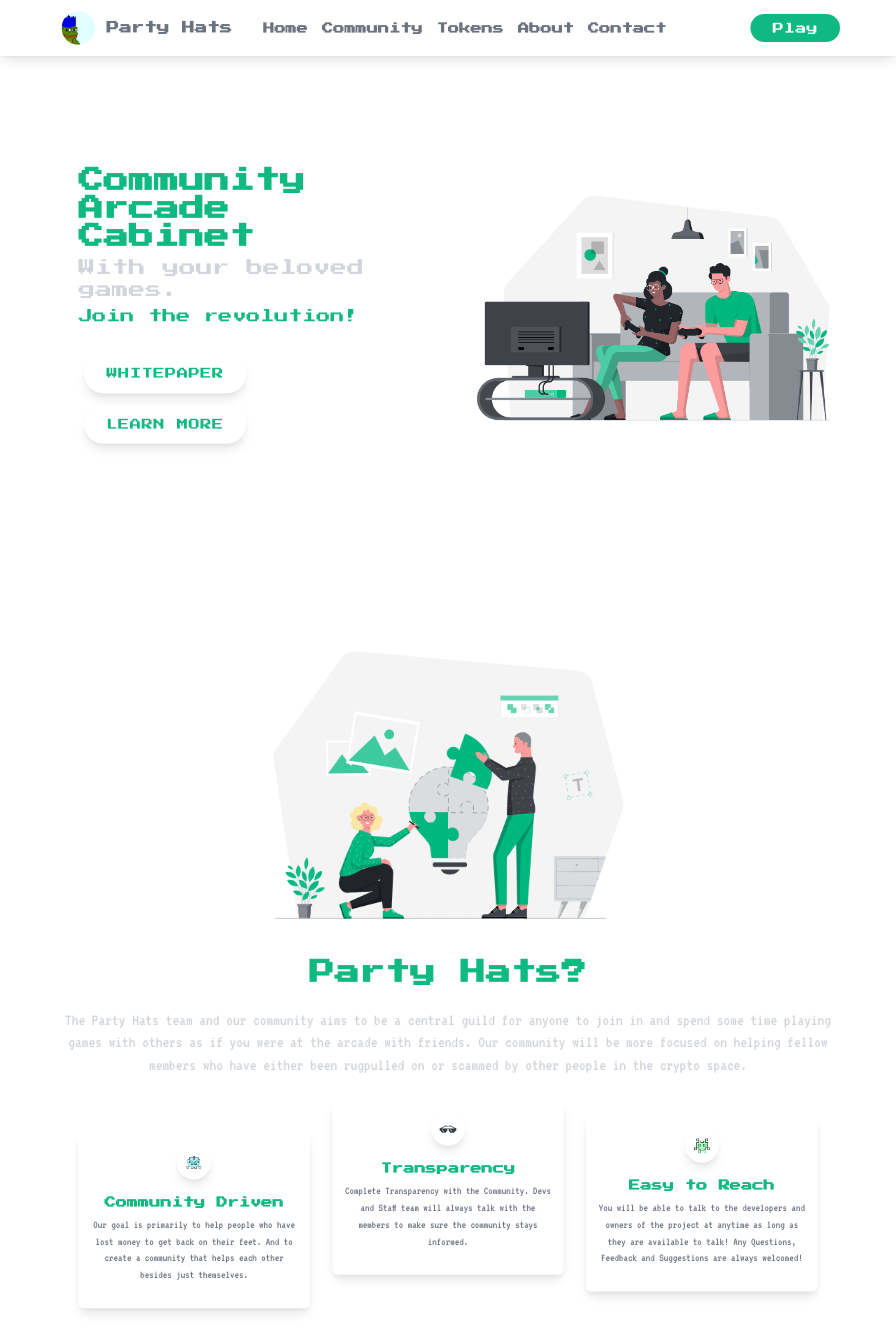
Repository: rhinorphan/phat-landing-page
Page: /
An editor plug-in stored every save of this project. The page is shown before and after the next save, followed by the edit.
The browser window is 1280 px wide. The pictures show the part of the page from y = 0 to 1920 px (the page is 4206 px tall), at 70% of full size.
The project was rebuilt for these pictures with package versions that can differ from the ones it lists, and the page was loaded fresh each time. Also part of the build but not shown: craco.config.js.

Above is the page before, as saved 2021-11-17 23:40:04.

### public/index.html
<!DOCTYPE html>
<html lang="en">
  <head>
    <meta charset="utf-8" />
    <link rel="icon" href="%PUBLIC_URL%/assets/images/server_icon.png" />
    <meta name="PHAT" content="width=device-width, initial-scale=1" />
    <meta name="theme-color" content="#000000" />
    <meta
      name="description"
      content="PHAT Landing Page"
    />
    <link rel="apple-touch-icon" href="%PUBLIC_URL%/assets/images/server_icon.png" />
    <!--
      manifest.json provides metadata used when your web app is installed on a
      user's mobile device or desktop. See https://developers.google.com/web/fundamentals/web-app-manifest/
    -->
    <link rel="manifest" href="%PUBLIC_URL%/manifest.json" />
    <!--
      Notice the use of %PUBLIC_URL% in the tags above.
      It will be replaced with the URL of the `public` folder during the build.
      Only files inside the `public` folder can be referenced from the HTML.

      Unlike "/favicon.ico" or "favicon.ico", "%PUBLIC_URL%/favicon.ico" will
      work correctly both with client-side routing and a non-root public URL.
      Learn how to configure a non-root public URL by running `npm run build`.
    -->
    <title>Party Hats</title>
  </head>
  <body>
    <noscript>You need to enable JavaScript to run this app.</noscript>
    <div id="root"></div>
    <!--
      This HTML file is a template.
      If you open it directly in the browser, you will see an empty page.

      You can add webfonts, meta tags, or analytics to this file.
      The build step will place the bundled scripts into the <body> tag.

      To begin the development, run `npm start` or `yarn start`.
      To create a production bundle, use `npm run build` or `yarn build`.
    -->
  </body>
</html>

### src/App.js
import logo from './logo.svg';
import './App.css';
import Header from './components/Header';
import Contact from './components/Contact';
import Landing from './components/Landing';
import Community from './components/Community';
import Tokens from './components/Tokens';
import About from './components/About';
import Footer from './components/Footer';

function App() {
  return (
    <div className="app">
        <Header />
        <div className="app__body">
          <Landing />
          <Community />
          <Tokens />
          <About />
          <Contact />
        </div>
        <Footer />
    </div>
  );
}

export default App;

### src/App.css
@import url('https://fonts.googleapis.com/css2?family=VT323&display=swap');
@import url('https://fonts.googleapis.com/css2?family=Press+Start+2P&family=VT323&display=swap');

.app {
  font-family: 'Press Start 2P', cursive;
}

.normalText {
  font-family: 'VT323', monospace;
}

.active {
  @apply py-4 px-2 text-green-500 border-b-4 border-green-500 font-semibold
}

.active2 {
  @apply block text-sm px-2 py-4 text-white bg-green-500 font-semibold
}

.nobull {
  list-style-type: none;
}

### src/components/Header.js
import React from 'react';
import { Link, animateScroll as scroll } from "react-scroll";

function Header() {

  const handleSubmit = (e) => {
    e.preventDefault();

		const menu = document.querySelector(".mobile-menu");

		menu.classList.toggle("hidden");
  }
  const scrollToTop = (e) => {
    scroll.scrollToTop();
  };

  return (
    <nav class="bg-white shadow-lg sticky top-0">
			<div class="max-w-6xl mx-auto px-4">
				<div class="flex justify-between">
					<div class="flex space-x-7">
						<div>
							<a href="" class="flex items-center py-4 px-2">
								<img src={`${process.env.PUBLIC_URL}/assets/images/server_icon.png`} alt="Logo" class="inline object-cover w-12 h-12 mr-4 rounded-full"/>
								<span onClick={scrollToTop}class="font-semibold text-gray-500 text-lg">Party Hats</span>
							</a>
						</div>
						<div class="hidden md:flex items-center space-x-1 nobull">
              <li><Link activeClass="active" className="py-4 px-2 text-gray-500 font-semibold hover:text-green-500 transition duration-300 cursor-pointer"
              to="landing" spy={true} smooth={true} duration={500}>Home</Link></li>
							<li><Link activeClass="active" className="py-4 px-2 text-gray-500 font-semibold hover:text-green-500 transition duration-300 cursor-pointer"
              to="community" spy={true} smooth={true} duration={500}>Community</Link></li>
              <li><Link activeClass="active" className="py-4 px-2 text-gray-500 font-semibold hover:text-green-500 transition duration-300 cursor-pointer"
              to="token" spy={true} smooth={true} duration={500}>Tokens</Link></li>
							<li><Link activeClass="active" className="py-4 px-2 text-gray-500 font-semibold hover:text-green-500 transition duration-300 cursor-pointer"
              to="about" spy={true} smooth={true} duration={500}>About</Link></li>
							<li><Link activeClass="active" className="py-4 px-2 text-gray-500 font-semibold hover:text-green-500 transition duration-300 cursor-pointer"
              to="contact" spy={true} smooth={true} duration={500}>Contact</Link></li>
						</div>
					</div>
					<div class="hidden md:flex items-center space-x-3 ">
						<a target="_blank" rel="noopener noreferrer" href="https://tetr.io/" class="py-2 px-8 font-medium text-white bg-green-500 hover:bg-green-400 transition duration-300 rounded-full">Play</a>
					</div>
					<div class="md:hidden flex items-center">
						<button class="outline-none mobile-menu-button" onClick={handleSubmit}>
						<svg class=" w-6 h-6 text-gray-500 hover:text-green-500 "
							x-show="!showMenu"
							fill="none"
							stroke-linecap="round"
							stroke-linejoin="round"
							stroke-width="2"
							viewBox="0 0 24 24"
							stroke="currentColor"
						>
							<path d="M4 6h16M4 12h16M4 18h16"></path>
						</svg>
					</button>
					</div>
				</div>
			</div>
			<div class="hidden mobile-menu">
				<ul class="">
					<li><Link activeClass="active2" className="block text-sm px-2 py-4 hover:bg-green-500 transition duration-300 hover:text-white cursor-pointer"
              to="landing" spy={true} smooth={true} duration={500}>Home</Link></li>
					<li><Link activeClass="active2" className="block text-sm px-2 py-4 hover:bg-green-500 transition duration-300 hover:text-white cursor-pointer"
              to="community" spy={true} smooth={true} duration={500}>Community</Link></li>
          <li><Link activeClass="active2" className="block text-sm px-2 py-4 hover:bg-green-500 transition duration-300 hover:text-white cursor-pointer"
              to="token" spy={true} smooth={true} duration={500}>Tokens</Link></li>
					<li><Link activeClass="active2" className="block text-sm px-2 py-4 hover:bg-green-500 transition duration-300 hover:text-white cursor-pointer"
              to="about" spy={true} smooth={true} duration={500}>About</Link></li>
					<li><Link activeClass="active2" className="block text-sm px-2 py-4 hover:bg-green-500 transition duration-300 hover:text-white cursor-pointer"
              to="contact" spy={true} smooth={true} duration={500}>Contact</Link></li>
				</ul>
			</div>
		</nav>
  )
}

export default Header

### src/components/Contact.js
import React from 'react'
import { Link, animateScroll as scroll } from "react-scroll";

function Contact() {

  return (
    <section
      className="text-gray-700 body-font h-100" name="contact">
        <div className="container px-5 py-24 mx-auto">
          <div className="flex flex-col text-center w-full mb-12">
            <h1 className="flex text-4xl  font-bold mb-8 text-green-500 justify-center">
              Contact Us
            </h1>
            <p className="lg:w-2/3 mx-auto leading-relaxed text-base normalText text-2xl">
            Neque porro quisquam est qui dolorem ipsum quia dolor sit amet, consectetur, adipisci velit.
            </p>
          </div>
          <div className="lg:w-1/2 md:w-2/3 mx-auto">
            <div className="flex flex-wrap -m-2">
              <div className="p-2 w-1/2">
                <div className="">
                  <label for="name" className="leading-7 text-sm text-gray-600">
                    Name
                  </label>
                  <input
                    type="text"
                    id="name"
                    name="name"
                    className="w-full bg-gray-100 rounded border border-gray-300 focus:border-green-500 text-base outline-none text-gray-700 py-1 px-3 leading-8 transition-colors duration-200 ease-in-out normalText"
                  />
                </div>
              </div>
              <div className="p-2 w-1/2">
                <div className="">
                  <label
                    for="email"
                    className="leading-7 text-sm text-gray-600"
                  >
                    Email
                  </label>
                  <input
                    type="email"
                    id="email"
                    name="email"
                    className="w-full bg-gray-100 rounded border border-gray-300 focus:border-green-500 text-base outline-none text-gray-700 py-1 px-3 leading-8 transition-colors duration-200 ease-in-out normalText"
                  />
                </div>
              </div>
              <div className="p-2 w-full">
                <div className="">
                  <label
                    for="message"
                    className="leading-7 text-sm text-gray-600"
                  >
                    Message
                  </label>
                  <textarea
                    id="message"
                    name="message"
                    className="w-full bg-gray-100 rounded border border-gray-300 focus:border-green-500 h-32 text-base outline-none text-gray-700 py-1 px-3 resize-none leading-6 transition-colors duration-200 ease-in-out normalText"
                  ></textarea>
                </div>
              </div>
              <div className="p-2 w-full">
                <button className="flex mx-auto py-2 px-8 font-medium text-white bg-green-500 rounded hover:bg-green-400 transition duration-300">
                  Send
                </button>
              </div>
            </div>
          </div>
        </div>
      </section>
  )
}

export default Contact

### src/components/Landing.js
import React from 'react'
import { Link, animateScroll as scroll } from "react-scroll";

function Landing() {
  return (
    <section className="grid text-center md:flex md:text-left items-center justify-center h-screen py-10 px-4" name="landing">
      <div class="mx-24">
        <h2 class="text-4xl  font-bold mb-2 text-green-500">
          Community Arcade Cabinet
        </h2>
        <h3 class="text-2xl mb-2 text-gray-300">
        With your beloved games.
        </h3>
        <h3 class="text-xl mb-8 text-green-500">
        Join the revolution!
        </h3>

        <button class="m-2 bg-white rounded-full py-4 px-8 shadow-lg uppercase tracking-wider text-green-500 hover:bg-green-400 transition duration-300 hover:text-white">
          <a target="_blank" rel="noopener noreferrer" href="https://lionell-moore.gitbook.io/crypto-party-hats/introductions/what-is-party-hats">Whitepaper</a>
        </button>
        <button class="m-2 bg-white rounded-full py-4 px-8 shadow-lg uppercase tracking-wider text-green-500 hover:bg-green-400 transition duration-300 hover:text-white">
          <a target="_blank" rel="noopener noreferrer" href="#"><Link activeClass="active"
              to="community" spy={true} smooth={true} duration={500}>Learn More</Link></a>
        </button>
      </div>
      <div className="w-full">
        <img src={`${process.env.PUBLIC_URL}/assets/images/landing.png`} alt="" className="h-full w-full"/>
      </div>
    </section>
  )
}

export default Landing

### src/components/Community.js
import React from 'react'

function Community() {
  return (
    <section className="grid md:grid place-items-center h-100 py-10 px-4" name="community">
      <div className="w-min-50">
        <img src={`${process.env.PUBLIC_URL}/assets/images/collab.png`} alt=""/>
      </div>
      <div class="mx-16 w-50">
        <h2 class="text-4xl  font-bold mb-8 text-green-500 text-center">
        Party Hats?
        </h2>
        <h3 class="flex text-2xl mb-2 text-gray-300 text-center normalText">
        The Party Hats team and our community aims to be a central guild for anyone to join in and spend some time playing games with others as if you were at the arcade with friends. Our community will be more focused on helping fellow members who have either been rugpulled on or scammed by other people in the crypto space.
        </h3>
        <section class="pb-10 bg-blueGray-200 mt-8">
        <div class="container mx-auto px-4">
          <div class="flex flex-wrap">
            <div class="lg:pt-12 pt-6 w-full md:w-4/12 px-4 text-center">
              <div class="flex flex-col min-w-0 break-words bg-white w-full mb-8 shadow-lg rounded-lg">
                <div class="px-4 py-5 flex-auto">
                  <div class="text-white p-3 text-center inline-flex items-center justify-center w-12 h-12 mb-5 shadow-lg rounded-full">
                  <img src={`${process.env.PUBLIC_URL}/assets/images/alien2.png`}class=""/>
                  </div>
                  <h6 class="text-l font-semibold text-green-500">Community Driven</h6>
                  <p class="mt-2 mb-4 text-gray-500 normalText">
                  Our goal is primarily to help people who have lost money to get back on their feet. And to create a community that helps each other besides just themselves.
                  </p>
                </div>
              </div>
            </div>
            <div class="w-full md:w-4/12 px-4 text-center">
              <div class="flex flex-col min-w-0 break-words bg-white w-full mb-8 shadow-lg rounded-lg">
                <div class="px-4 py-5 flex-auto">
                  <div class="text-white p-3 text-center inline-flex items-center justify-center w-12 h-12 mb-5 shadow-lg rounded-full bg-lightBlue-400">
                  <img src={`${process.env.PUBLIC_URL}/assets/images/geek.png`}class=""/>
                  </div>
                  <h6 class="text-l font-semibold text-green-500">Transparency</h6>
                  <p class="mt-2 mb-4 text-gray-500 normalText">
                  Complete Transparency with the Community.
                  Devs and Staff team will always talk with the members to make sure the community stays informed.
                  </p>
                </div>
              </div>
            </div>
            <div class="pt-6 w-full md:w-4/12 px-4 text-center">
              <div class="flex flex-col min-w-0 break-words bg-white w-full mb-8 shadow-lg rounded-lg">
                <div class="px-4 py-5 flex-auto">
                  <div class="text-white p-3 text-center inline-flex items-center justify-center w-12 h-12 mb-5 shadow-lg rounded-full bg-emerald-400">
                  <img src={`${process.env.PUBLIC_URL}/assets/images/alien1.png`}class=""/>
                  </div>
                  <h6 class="text-l font-semibold text-green-500">Easy to Reach</h6>
                  <p class="mt-2 mb-4 text-gray-500 normalText">
                  You will be able to talk to the developers and owners of the project at anytime as long as they are available to talk! Any Questions, Feedback and Suggestions are always welcomed!
                  </p>
                </div>
              </div>
            </div>
          </div>
        </div>
        </section>
      </div>
    </section>
  )
}

export default Community

### src/components/Tokens.js
import React from 'react'

function Tokens() {
  return (
    <section name="token" className="h-screen container px-5 py-24 mx-auto flex justify-center">
      <p className="text-4xl  font-bold mb-8 text-green-500 text-center ">Tokens</p>
    </section>
  )
}

export default Tokens

### src/components/About.js
import React from 'react'

// shadow-lg border border-gray-200 rounded-full overflow-hidden - picture TEAM div className

function About() {
  return (
    <section name="about" className="h-100 container px-5 py-24 mx-auto flex-col">
      <div>
        <p className="text-4xl  font-bold mb-8 text-green-500 text-center">Meet the Team</p>
      </div>
      <div class="flex flex-col sm:flex-row gap-4">

			<div class="flex flex-col items-center justify-center bg-white p-4 shadow rounded-lg">
				<div class="inline-flex h-40 w-40">
					<img src={`${process.env.PUBLIC_URL}/assets/images/team1.png`}
						 alt=""
						 class="h-full w-full"/>
				</div>

				<h2 class="mt-4 font-bold text-l">John Smith</h2>
				<h6 class="mt-2 text-md font-medium text-green-500 normalText">Founder</h6>

				<p class="text-sm text-gray-500 text-center mt-3 normalText">
					Lorem ipsum dolor sit amet, consectetur adipisicing elit. Ab enim molestiae nulla.
				</p>

				<ul class="flex flex-row mt-4 space-x-2">
					<li>
						<a href="" class="flex items-center justify-center h-8 w-8">
							<img src={`${process.env.PUBLIC_URL}/assets/images/fb.png`}class=""/>
						</a>
					</li>
					<li>
          <a href="" class="flex items-center justify-center h-8 w-8">
							<img src={`${process.env.PUBLIC_URL}/assets/images/twitter.png`}class=""/>
						</a>
					</li>
					<li>
          <a href="" class="flex items-center justify-center h-8 w-8">
							<img src={`${process.env.PUBLIC_URL}/assets/images/linkedin.png`}class=""/>
						</a>
					</li>
				</ul>
			</div>

			<div class="flex flex-col items-center justify-center bg-white p-4 shadow rounded-lg">
				<div class="inline-flex h-40 w-40">
					<img src={`${process.env.PUBLIC_URL}/assets/images/team2.png`}
						 alt=""
						 class="h-full w-full"/>
				</div>

				<h2 class="mt-4 font-bold text-l">Anna Bennett</h2>
				<h6 class="mt-2 text-md font-medium text-green-500 normalText">CFO</h6>

				<p class="text-sm text-gray-500 text-center mt-3 normalText">
					Lorem ipsum dolor sit amet, consectetur adipisicing elit. Ab enim molestiae nulla.
				</p>

				<ul class="flex flex-row mt-4 space-x-2">
					<li>
						<a href="" class="flex items-center justify-center h-8 w-8">
							<img src={`${process.env.PUBLIC_URL}/assets/images/fb.png`}class=""/>
						</a>
					</li>
					<li>
          <a href="" class="flex items-center justify-center h-8 w-8">
							<img src={`${process.env.PUBLIC_URL}/assets/images/twitter.png`}class=""/>
						</a>
					</li>
					<li>
          <a href="" class="flex items-center justify-center h-8 w-8">
							<img src={`${process.env.PUBLIC_URL}/assets/images/linkedin.png`}class=""/>
						</a>
					</li>
				</ul>
			</div>

			<div class="flex flex-col items-center justify-center bg-white p-4 shadow rounded-lg">
				<div class="inline-flex h-40 w-40">
					<img src={`${process.env.PUBLIC_URL}/assets/images/team3.png`}
						 alt=""
						 class="h-full w-full"/>
				</div>

				<h2 class="mt-4 font-bold text-l">Mary Taylor</h2>
				<h6 class="mt-2 text-md font-medium text-green-500 normalText">Marketing</h6>

				<p class="text-sm text-gray-500 text-center mt-3 normalText">
					Lorem ipsum dolor sit amet, consectetur adipisicing elit. Ab enim molestiae nulla.
				</p>

				<ul class="flex flex-row mt-4 space-x-2">
					<li>
						<a href="" class="flex items-center justify-center h-8 w-8">
							<img src={`${process.env.PUBLIC_URL}/assets/images/fb.png`}class=""/>
						</a>
					</li>
					<li>
          <a href="" class="flex items-center justify-center h-8 w-8">
							<img src={`${process.env.PUBLIC_URL}/assets/images/twitter.png`}class=""/>
						</a>
					</li>
					<li>
          <a href="" class="flex items-center justify-center h-8 w-8">
							<img src={`${process.env.PUBLIC_URL}/assets/images/linkedin.png`}class=""/>
						</a>
					</li>
				</ul>
			</div>

		</div>

    </section>
  )
}

export default About

### src/components/Footer.js
import React from 'react'

function Footer() {
  return (
    <div className="p-2 w-full pt-8 mt-8 border-t border-gray-200 text-center">
      <a className="text-green-500">example@email.com</a>
      <p className="text-xs my-5 text-gray-400">
      Copyright © CryptoPartyHats 2021
      </p>
      <div className="flex flex-row justify-center">
        <img src={`${process.env.PUBLIC_URL}/assets/images/tg.png`} alt="" className="h-8 w-8 mx-2 cursor-pointer"/>
        <img src={`${process.env.PUBLIC_URL}/assets/images/reddit.png`} alt="" className="h-8 w-8 mx-2 cursor-pointer"/>
        <img src={`${process.env.PUBLIC_URL}/assets/images/twitter.png`} alt="" className="h-8 w-8 mx-2 cursor-pointer"/>
        <img src={`${process.env.PUBLIC_URL}/assets/images/discord.png`} alt="" className="h-8 w-8 mx-2 cursor-pointer"/>
      </div>
    </div>
  )
}

export default Footer

Loaded but not shown: src/index.js (common file); src/index.css (common file); src/reportWebVitals.js (common file); tailwind.config.js (common file)

After the next save:
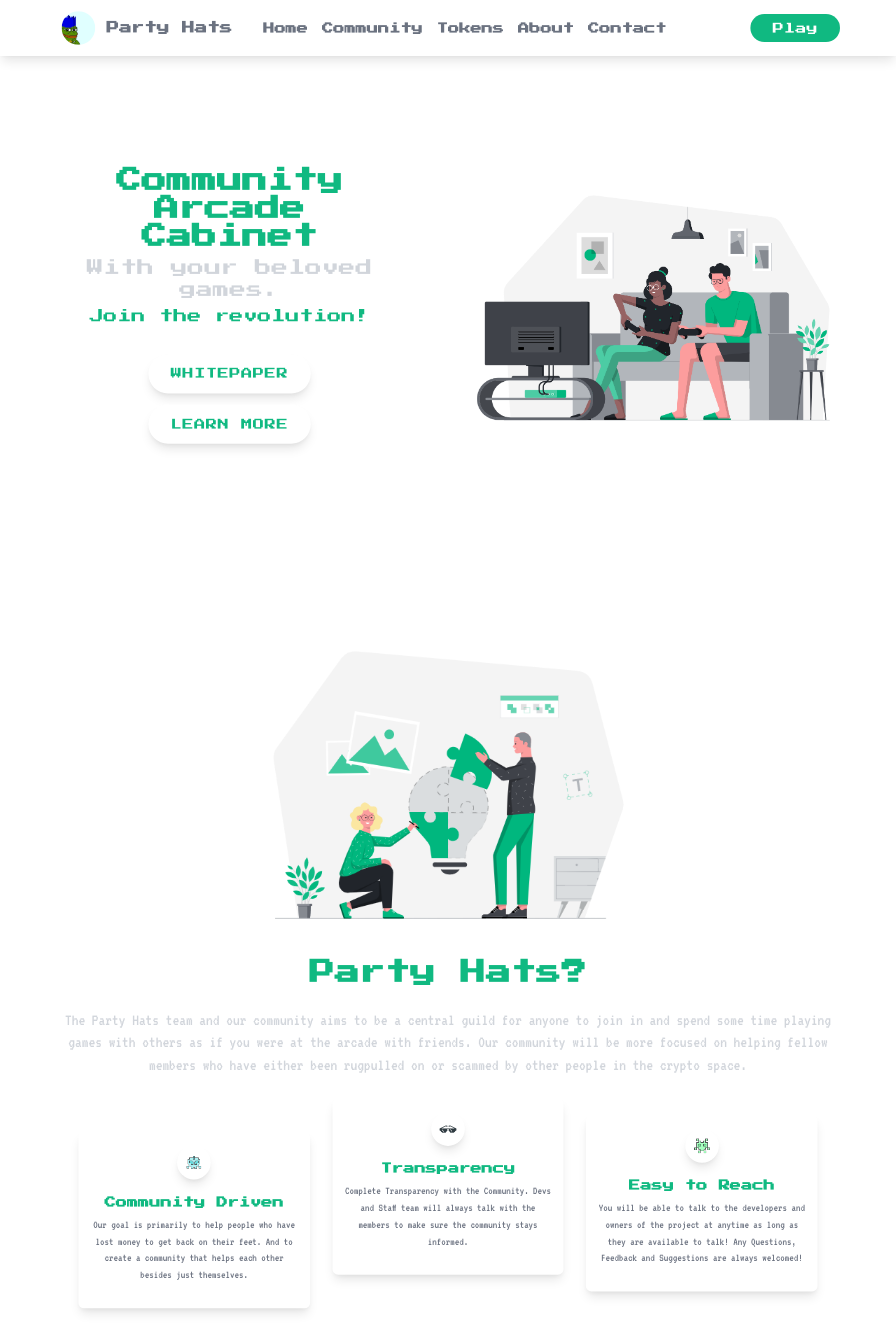
Saved 72 s later.
--- a/src/components/Landing.js
+++ b/src/components/Landing.js
@@ -3,7 +3,7 @@ import { Link, animateScroll as scroll } from "react-scroll";
 
 function Landing() {
   return (
-    <section className="grid text-center md:flex md:text-left items-center justify-center h-screen py-10 px-4" name="landing">
+    <section className="grid text-center md:flex  items-center justify-center h-screen py-10 px-4" name="landing">
       <div class="mx-24">
         <h2 class="text-4xl  font-bold mb-2 text-green-500">
           Community Arcade Cabinet
